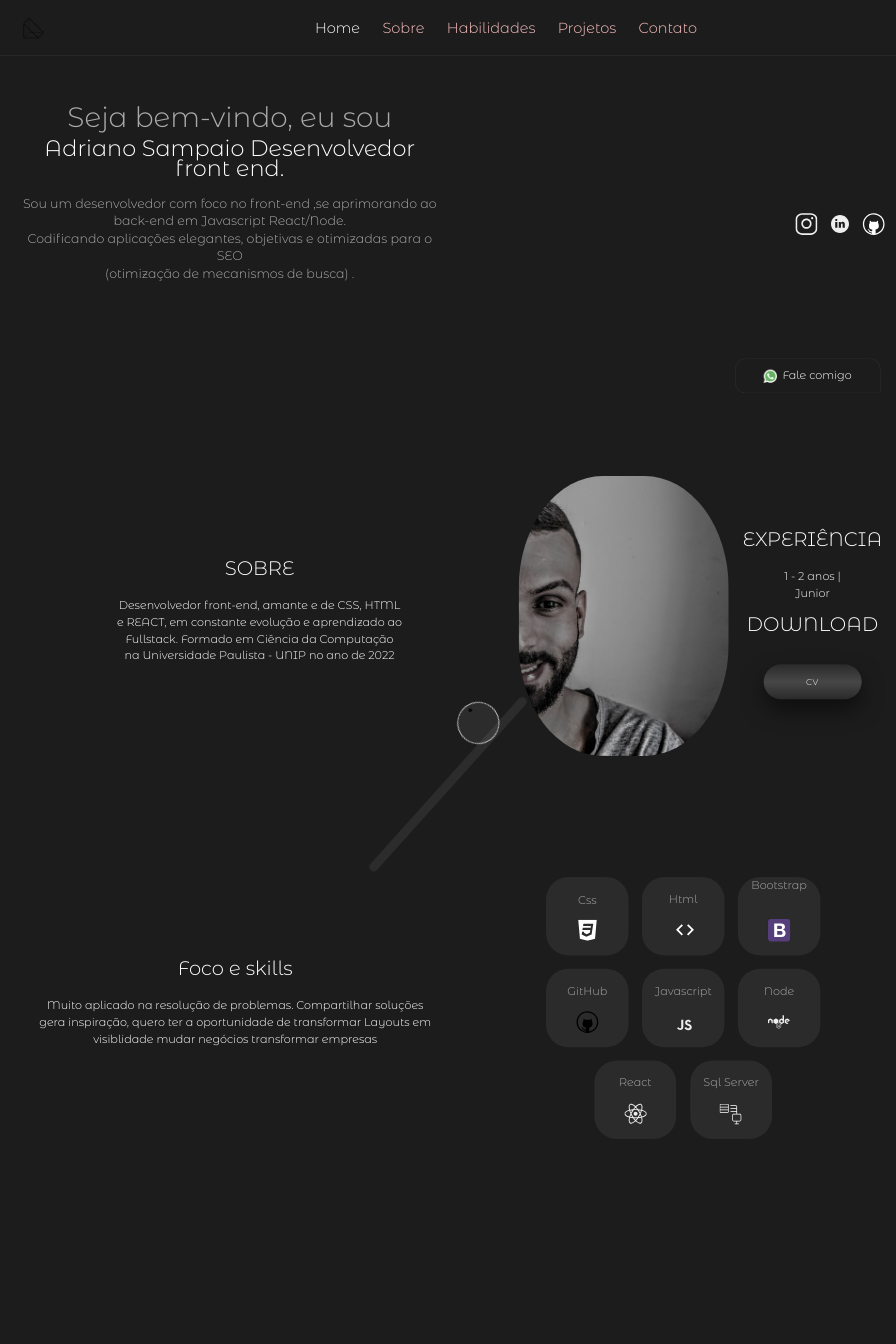
Repository: adrianodisam/NovoPortifolio
Page: /
The author's editor kept a copy of each file at every save. The page is drawn from the files as they stood at one save, then again after the next save.
The browser window is 1280 px wide. The pictures show the part of the page from y = 0 to 1920 px (the page is 3024 px tall), at 70% of full size.
The project was rebuilt for these pictures with package versions that can differ from the ones it lists, and the page was loaded fresh each time. Imported but missing from the stored project, and not drawn on this page: src/componentes/Download/Adriano.pdf.

Above is the page before, as saved 2024-11-02 17:05:17.

After the next save:
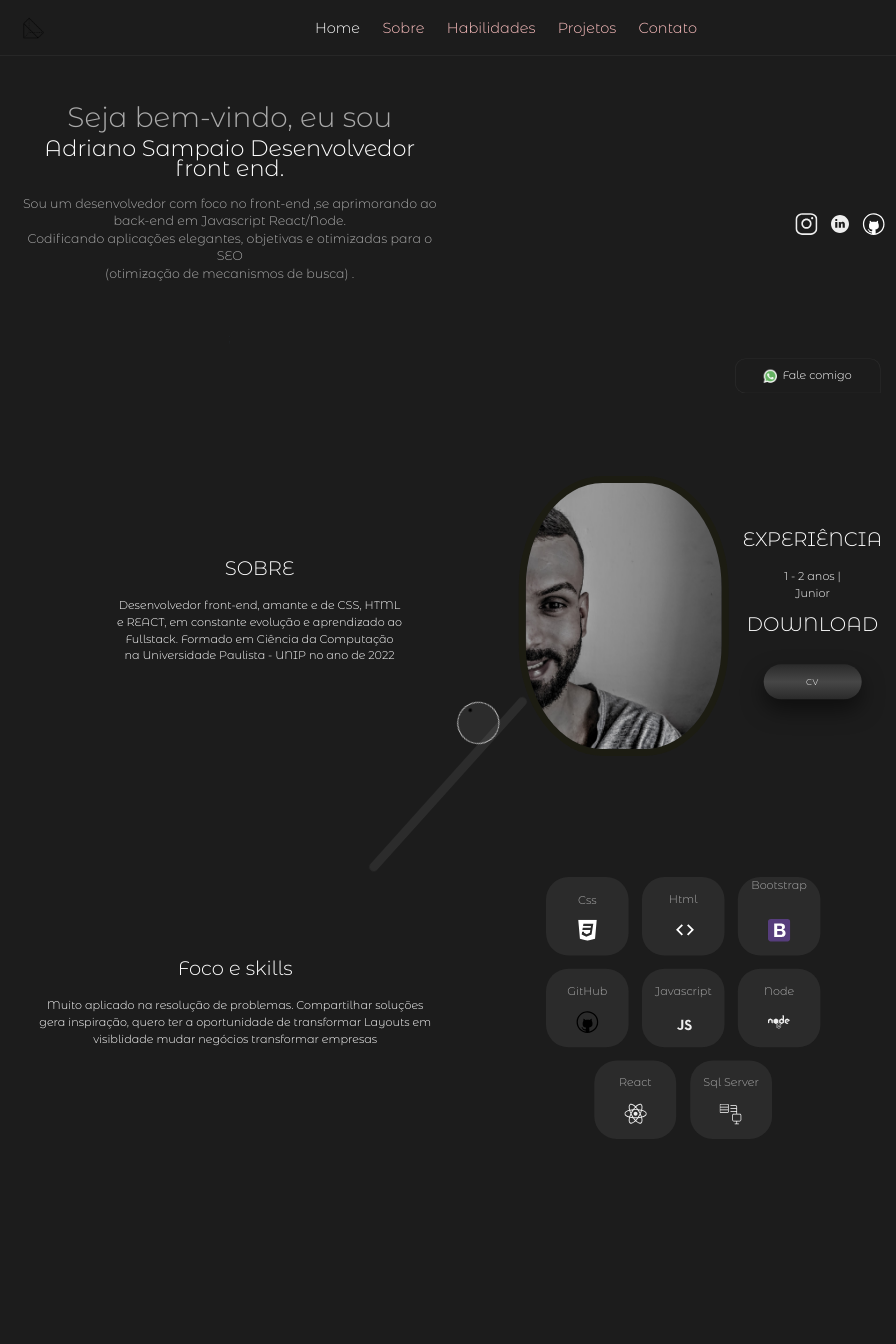
Saved 35 s later.
--- a/src/componentes/FotoSobre/FotoSobre.module.css
+++ b/src/componentes/FotoSobre/FotoSobre.module.css
@@ -17,6 +17,7 @@
   height: 400px; /* Ajuste o tamanho conforme necessário */
   object-fit: cover;
   border-radius: 40%; /* Raio para bordas arredondadas */
+  border: solid 10px #1c1c12 ;
 }
 
 @media only screen and (max-width: 1024px) {
